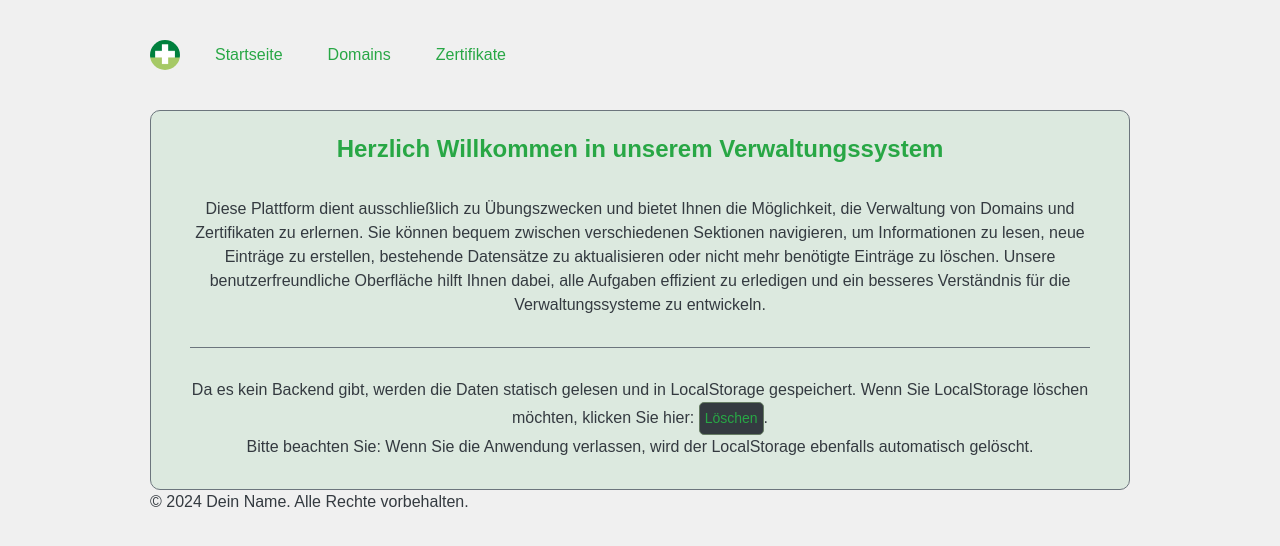
Repository: bajricadmir/verwaltungssystem-vanilla-html-css
Page: index.html
An editor plug-in stored every save of this project. The page is shown before and after the next save, followed by the edit.
The browser window is 1280 px wide. The pictures show the whole page.
The pointer rests on the first visible `.btn`.

Above is the page before, as saved 2024-10-14 12:36:22.

### index.html
<!DOCTYPE html>
<html lang="en">
  <head>
    <meta charset="UTF-8" />
    <meta name="viewport" content="width=device-width, initial-scale=1.0" />
    <link
      rel="shortcut icon"
      href="./assets/images/favicon.ico"
      type="image/x-icon"
    />
    <link rel="stylesheet" href="style.css" />
    <title>Verwaltungssystem</title>
  </head>
  <body>
    <header class="header">
      <nav class="navigation">
        <img src="./assets/images/favicon.ico" alt="Logo" class="logo" />

        <ul class="nav-list">
          <li class="nav-item">
            <a class="nav-link" href="#home">Startseite</a>
          </li>
          <li class="nav-item">
            <a class="nav-link" href="#about">Domains</a>
          </li>
          <li class="nav-item">
            <a class="nav-link" href="#contact">Zertifikate</a>
          </li>
        </ul>
      </nav>
    </header>

    <main class="main-content">
      <section class="content-section">
        <h1 class="alert-heading">
          Herzlich Willkommen in unserem Verwaltungssystem
        </h1>
        <p class="content-paragraph">
          Diese Plattform dient ausschließlich zu Übungszwecken und bietet Ihnen
          die Möglichkeit, die Verwaltung von Domains und Zertifikaten zu
          erlernen. Sie können bequem zwischen verschiedenen Sektionen
          navigieren, um Informationen zu lesen, neue Einträge zu erstellen,
          bestehende Datensätze zu aktualisieren oder nicht mehr benötigte
          Einträge zu löschen. Unsere benutzerfreundliche Oberfläche hilft Ihnen
          dabei, alle Aufgaben effizient zu erledigen und ein besseres
          Verständnis für die Verwaltungssysteme zu entwickeln.
        </p>
      </section>

      <div class="divider"></div>

      <section class="content-section">
        <p class="content-paragraph">
          Da es kein Backend gibt, werden die Daten statisch gelesen und in
          LocalStorage gespeichert. Wenn Sie LocalStorage löschen möchten,
          klicken Sie hier:
          <button type="button" class="btn">Löschen</button>.<br />
          Bitte beachten Sie: Wenn Sie die Anwendung verlassen, wird der
          LocalStorage ebenfalls automatisch gelöscht.
        </p>
      </section>
    </main>

    <footer>
      <p>&copy; 2024 Dein Name. Alle Rechte vorbehalten.</p>
    </footer>
  </body>
</html>

### style.css
:root {
  --primary-color: #007bff;
  --secondary-color: #6c757d;
  --success-color: #28a745;
  --success-color-hover: #218838;
  --success-color-bgc: #d4edda;
  --danger-color: #dc3545;
  --warning-color: #ffc107;
  --info-color: #17a2b8;
  --light-color: #f8f9fa;
  --dark-color: #343a40;

  --font-size-base: 16px;
  --font-family-base: "Arial", sans-serif;
  --background-color: #f0f0f0;
}

* {
  margin: 0;
  padding: 0;
  box-sizing: border-box;
}

html,
body {
  height: 100%;
  font-family: var(--font-family-base);
  line-height: 1.5;
}

body {
  padding: 40px 150px;
  background-color: var(--background-color);
  color: var(--dark-color);
}

ul {
  list-style: none;
}

a {
  text-decoration: none;
  color: inherit;
}

button {
  background: none;
  border: none;
  padding: 0;
  font: inherit;
  color: inherit;
  text-align: inherit;
  cursor: pointer;
  outline: none;
  transition: background-color 0.3s, color 0.3s;
}

table {
  border-collapse: collapse;
  width: 100%;
}

.navigation {
  display: flex;
  align-items: center;
}

.logo {
  width: 30px;
  height: 30px;
  border-radius: 50%;
  margin-right: 20px;
}

.nav-list {
  display: flex;
  align-items: center;
}

.nav-item {
  margin-right: 15px;
}

.nav-item:last-child {
  margin-right: 0;
}

.nav-item a {
  color: var(--success-color);
  transition: color 0.3s ease;
  padding: 10px 15px;
  border-radius: 5px;
}

.nav-item a:hover {
  color: var(--success-color-hover);
  background-color: rgba(40, 167, 69, 0.1);
}

.main-content {
  display: flex;
  flex-direction: column;
  align-items: center;
  margin-top: 40px;
  background-color: rgba(40, 167, 69, 0.1);
  padding: 20px 15px;
  border: 0.1px solid var(--secondary-color);
  border-radius: 10px;
}

.content-section {
  text-align: center;
}

.alert-heading {
  color: var(--success-color);
  padding-bottom: 20px;
}

.content-paragraph {
  padding: 10px;
}

.divider {
  width: 95%;
  height: 1px;
  background-color: var(--secondary-color);
  margin: 20px 0;
}

.btn {
  font-size: 14px;
  border: 0.1px solid #667c64;
  padding: 5px;
  background-color: #f7f9f7;
  color: var(--success-color-hover);
  border-radius: 5px;
  transition: all 125ms ease-in-out;
}

.btn:hover {
  background-color: var(--dark-color);
  color: var(--success-color);
}

After the next save:
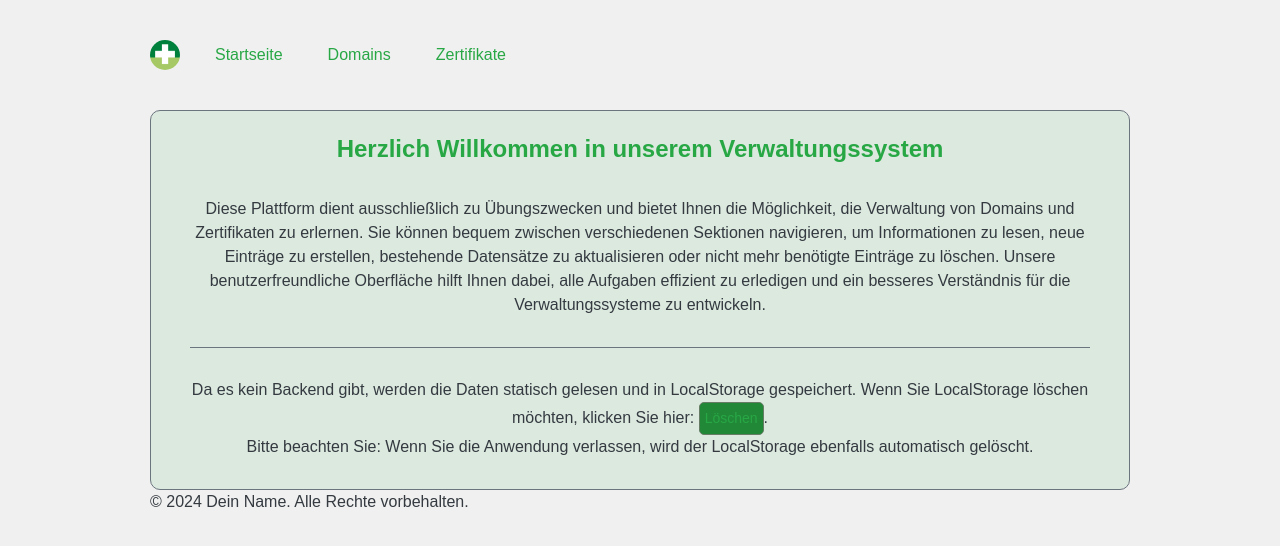
Saved 12 s later.
--- a/style.css
+++ b/style.css
@@ -139,6 +139,6 @@ table {
 }
 
 .btn:hover {
-  background-color: var(--dark-color);
+  background-color: var(--success-color-hover);
   color: var(--success-color);
 }
